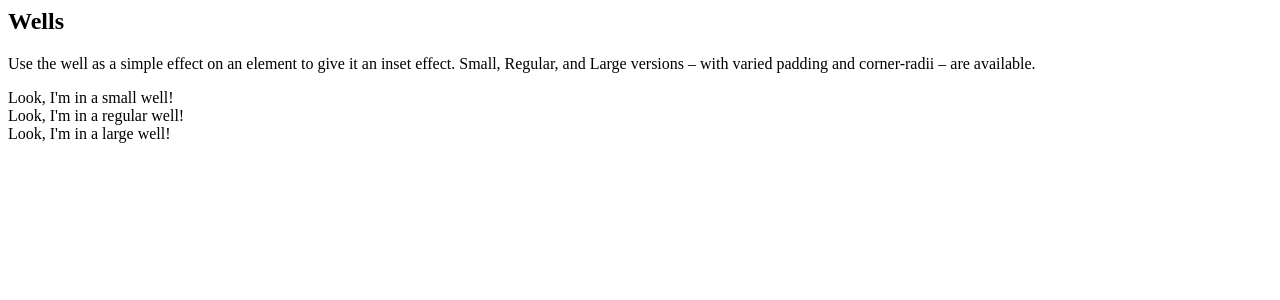
Repository: WTW-IM/bda-ui-toolkit
Page: docs/_includes/containers/wells.html
The author's editor kept a record of every edit. The page is drawn from the files as they stood at one moment, then again after the next edit.
The browser window is 1280 px wide. The pictures show the whole page.

Above is the page before.

After the next edit:
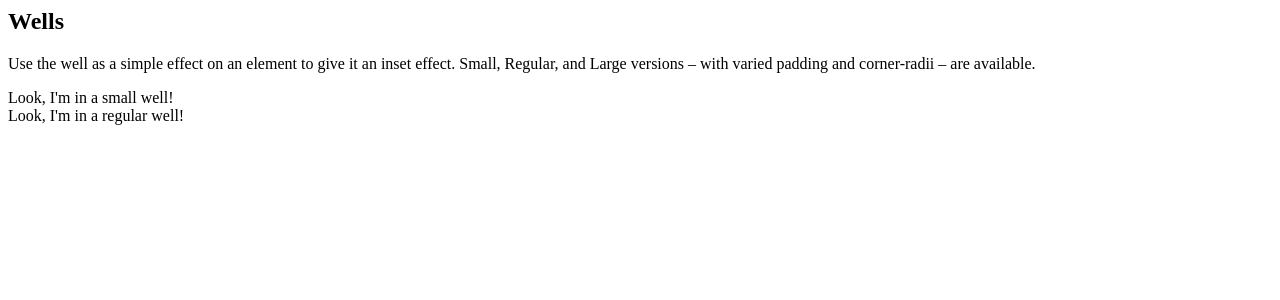
The edit:
--- a/docs/_includes/containers/wells.html
+++ b/docs/_includes/containers/wells.html
@@ -16,9 +16,7 @@
   </div>
 
   <div class="bs-example" data-example-id="large-well">
-    <div class="well well-lg">
-      Look, I'm in a large well!
-    </div>
+
   </div>
 
   <div class="bs-example" data-example-id="small-well">

After the edit that followed:
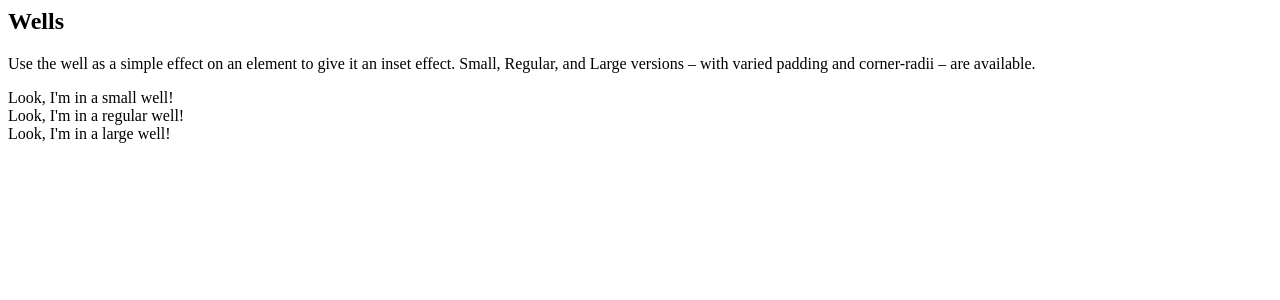
The edit:
--- a/docs/_includes/containers/wells.html
+++ b/docs/_includes/containers/wells.html
@@ -12,6 +12,9 @@
       Look, I'm in a regular well!
     </div>
 
+    <div class="well well-lg">
+      Look, I'm in a large well!
+    </div>
 
   </div>
 
